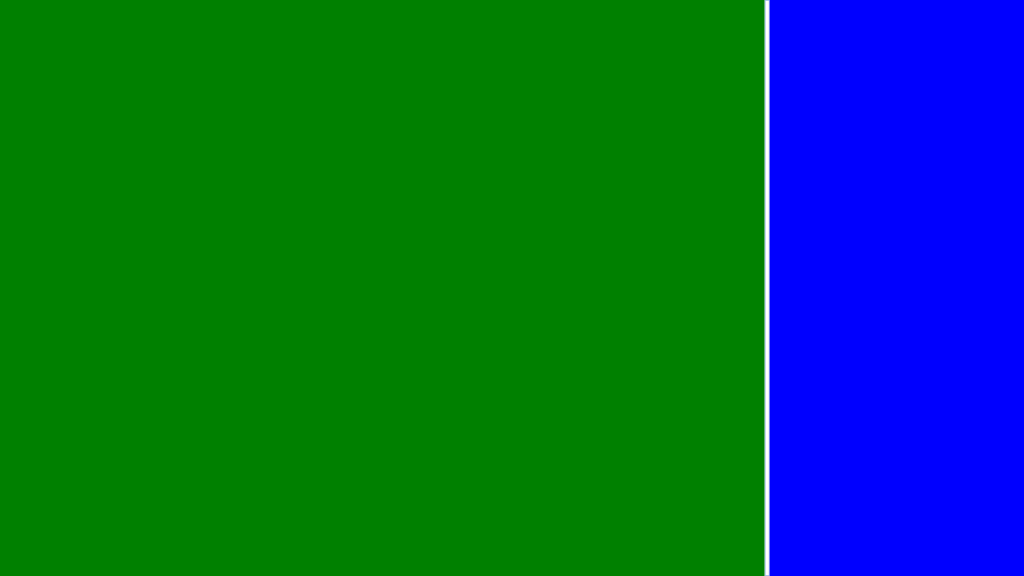
Repository: yshuf/Drag_left_-and-_right_-freely
Page: tuozhuai.html
These files come from the project's save history. The page is drawn as it stood at one moment and after the next save; the edit follows.
The browser window is 1280 px wide. The pictures show the whole page, at 80% of full size.

Above is the page before, as saved 2020-08-01 16:21:18.

After the next save:
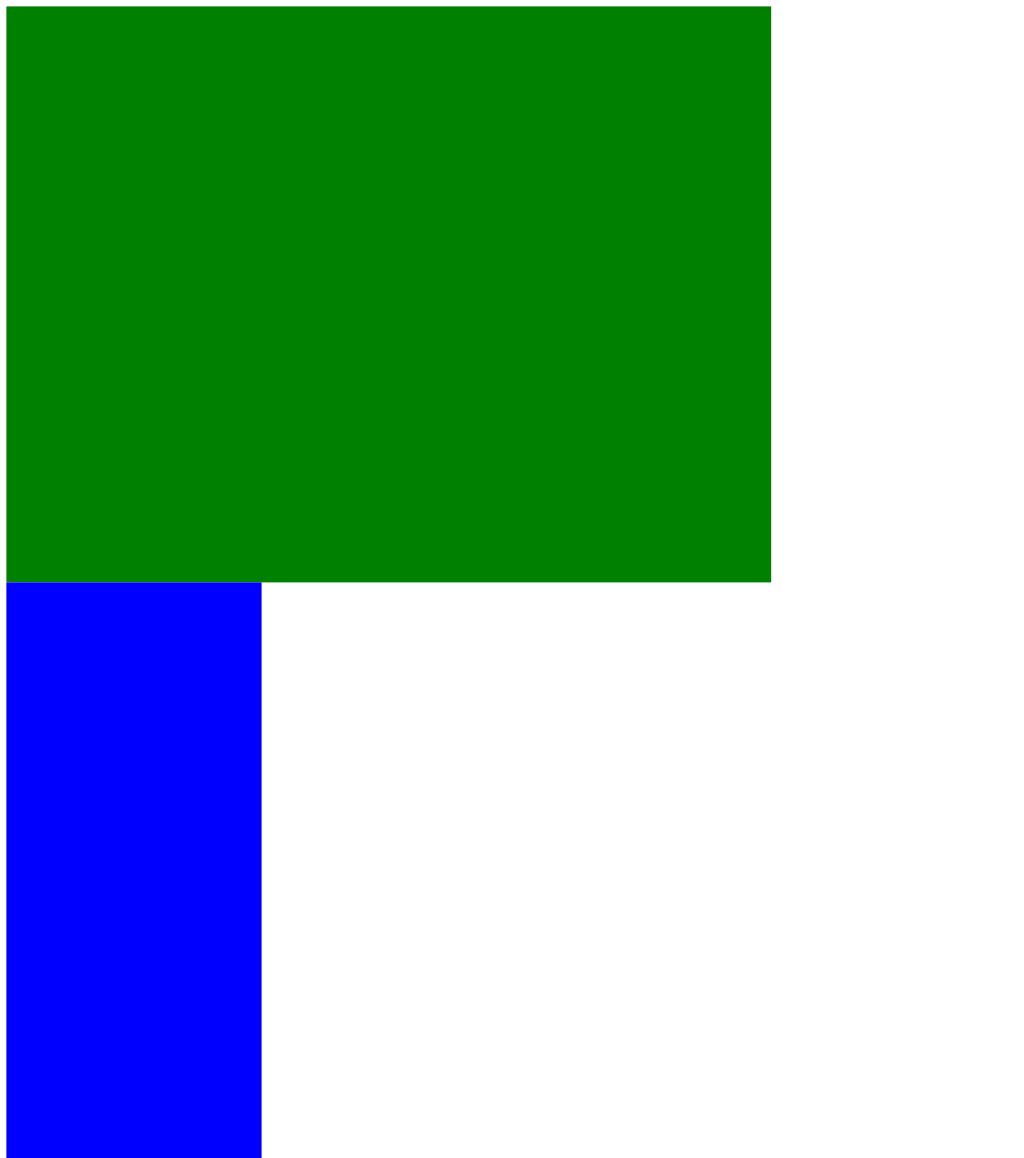
Saved 2 s later.
--- a/tuozhuai.html
+++ b/tuozhuai.html
@@ -7,41 +7,6 @@
     <title>Document</title>
     <script src="https://cdn.bootcdn.net/ajax/libs/jquery/3.5.1/jquery.min.js"></script>
     <script src="index.js"></script>
-
-    <style>
-        html,
-        body,
-        div {
-            margin: 0;
-            padding: 0;
-            border: 0;
-            -moz-user-select: none;
-            -webkit-user-select: none;
-        }
-
-        .gf_s {
-            float: left;
-            width: 4px;
-            cursor: e-resize;
-            background-color: #fff;
-            border: #99BBE8 1px solid;
-        }
-
-        .gf_s_g {
-            float: left;
-            width: 4px;
-            display: none;
-            cursor: e-resize;
-            position: absolute;
-            background-color: #F0F0F0;
-            border: #99BBE8 1px solid;
-            filter: alpha(opacity=60);
-            -moz-opacity: 0.6;
-            -khtml-opacity: 0.6;
-            opacity: 0.6;
-            z-index: 1000;
-        }
-    </style>
 </head>
 
 <body>

After the 2 saves that followed:
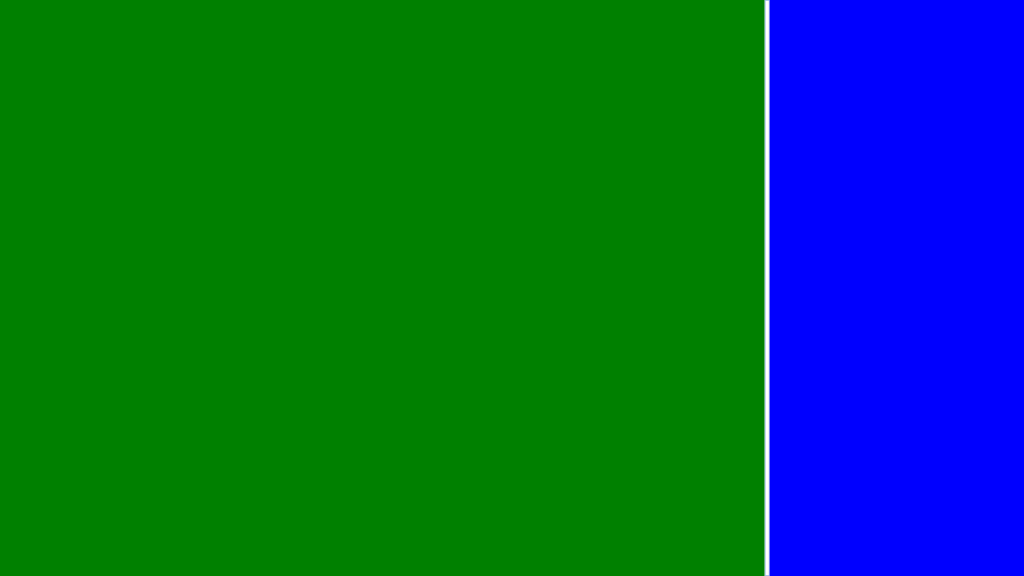
The 2 saves are shown as one change because they came seconds apart.
The last was saved 31 s later.
--- a/tuozhuai.html
+++ b/tuozhuai.html
@@ -5,6 +5,7 @@
     <meta charset="UTF-8">
     <meta name="viewport" content="width=device-width, initial-scale=1.0">
     <title>Document</title>
+    <link rel="stylesheet" href="index.css">
     <script src="https://cdn.bootcdn.net/ajax/libs/jquery/3.5.1/jquery.min.js"></script>
     <script src="index.js"></script>
 </head>
